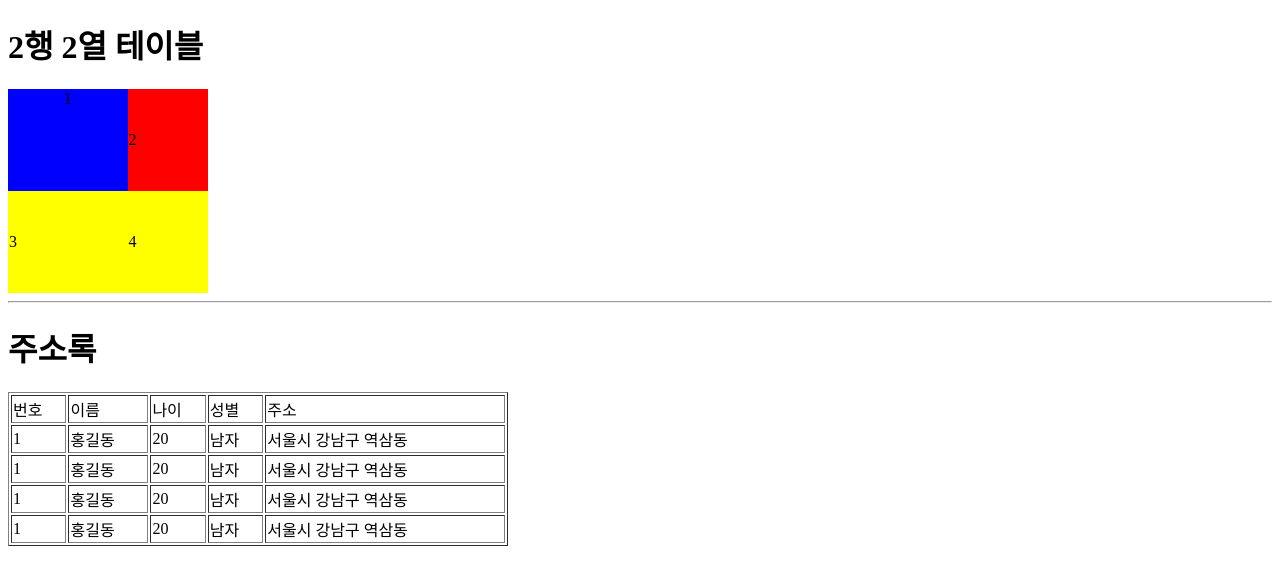
Repository: Chun0903/classStudy_github.io
Page: client/ClientTest/WebContent/ex13_table.html
The author's editor kept a copy of each file at every save. The page is drawn from the files as they stood at one save, then again after the next save.
The browser window is 1280 px wide. The pictures show the whole page.

Above is the page before, as saved 2020-06-19 07:32:48.

### client/ClientTest/WebContent/ex13_table.html
<!DOCTYPE html>
<html>
<head>
<meta charset="UTF-8">
<title>Insert title here</title>
</head>
<body>

	<!--

		<table>, 표
		- 표 만들 떄 사용
		- 레이아웃 만들 때 사용 -> 잘 안씀 -> <div> + CSS 사용

		1. <table>
			- 큰상자
			- 전체 컨테이너
		2. <tr>
			- 중간 상자
			- 행 역할
		3. <td>
			- 작은상자
			- 셀 역할
			- 테이블의 데이터는 <td>가 가진다.
	-->

	<h1>2행 2열 테이블</h1>

	<table border="0" width="200" height="200" bgcolor="yellow" cellspacing="0">
		<tr bgcolor="red">
			<td width="120" height="100" bgcolor ="blue" align="center" valign="top">1</td>
			<td width="80">2</td>
		</tr>
		<tr>
			<td height="100">3</td>
			<td>4</td>
		</tr>
	</table>

	<hr>

	<h1>주소록</h1>

	<table border="1" width="500">
		<!-- 테이블 헤더 -->

		<tr>
			<td>번호</td>
			<td>이름</td>
			<td>나이</td>
			<td>성별</td>
			<td>주소</td>
		</tr>
		<tr>
			<td>1</td>
			<td>홍길동</td>
			<td>20</td>
			<td>남자</td>
			<td>서울시 강남구 역삼동</td>
		</tr>
		<tr>
			<td>1</td>
			<td>홍길동</td>
			<td>20</td>
			<td>남자</td>
			<td>서울시 강남구 역삼동</td>
		</tr>
		<tr>
			<td>1</td>
			<td>홍길동</td>
			<td>20</td>
			<td>남자</td>
			<td>서울시 강남구 역삼동</td>
		</tr>
		<tr>
			<td>1</td>
			<td>홍길동</td>
			<td>20</td>
			<td>남자</td>
			<td>서울시 강남구 역삼동</td>
		</tr>

	</table>



</body>
</html>

After the next save:
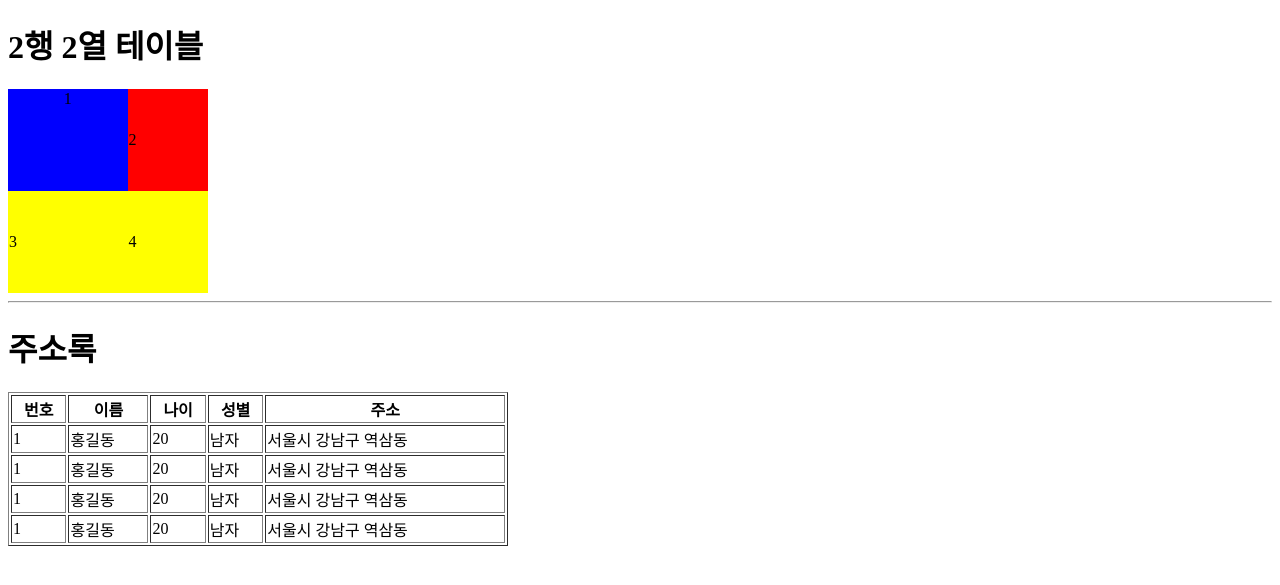
Saved 104 s later.
--- a/client/ClientTest/WebContent/ex13_table.html
+++ b/client/ClientTest/WebContent/ex13_table.html
@@ -45,11 +45,11 @@
 		<!-- 테이블 헤더 -->
 
 		<tr>
-			<td>번호</td>
-			<td>이름</td>
-			<td>나이</td>
-			<td>성별</td>
-			<td>주소</td>
+			<th>번호</th>
+			<th>이름</th>
+			<th>나이</th>
+			<th>성별</th>
+			<th>주소</th>
 		</tr>
 		<tr>
 			<td>1</td>
